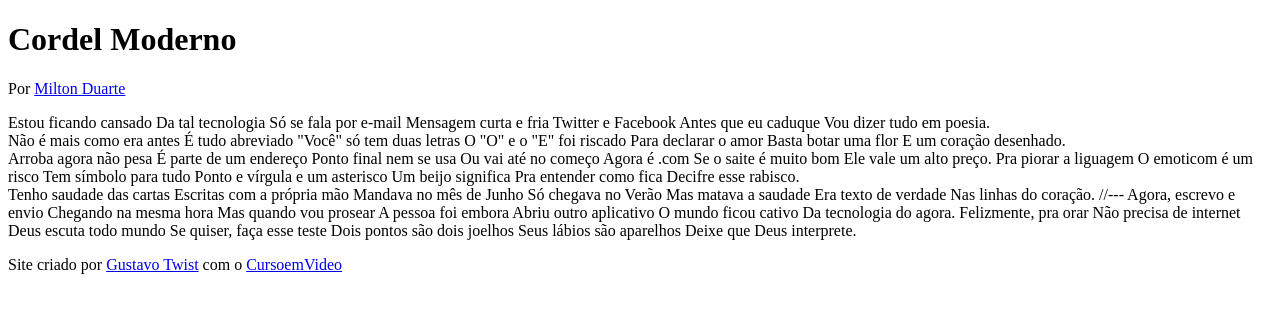
Repository: gustavotwist/projeto-cordel
Page: index.html
These files come from the project's save history. The page is drawn as it stood at one moment and after the next save; the edit follows.
The browser window is 1280 px wide. The pictures show the whole page.

Above is the page before, as saved 2024-04-15 21:32:35.

After the next save:
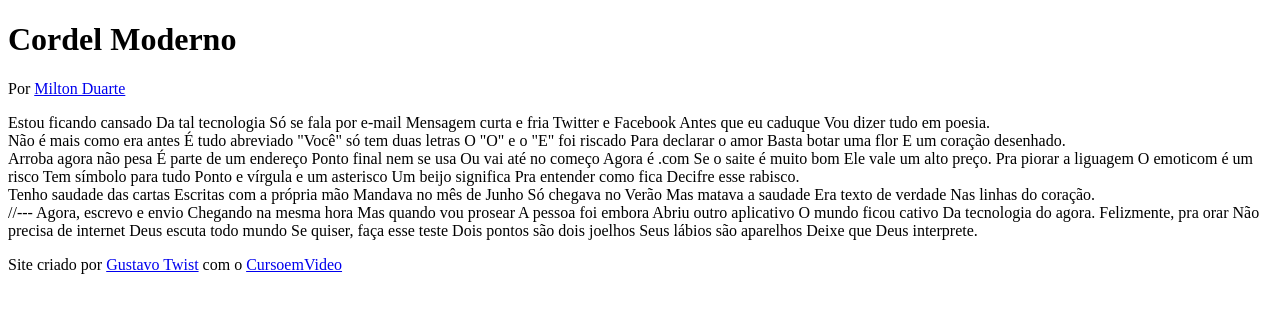
Saved 15 s later.
--- a/index.html
+++ b/index.html
@@ -56,13 +56,15 @@
 
 
 
-    Tenho saudade das cartas
-    Escritas com a própria mão
-    Mandava no mês de Junho
-    Só chegava no Verão
-    Mas matava a saudade
-    Era texto de verdade
-    Nas linhas do coração.
+    <section>
+        Tenho saudade das cartas
+        Escritas com a própria mão
+        Mandava no mês de Junho
+        Só chegava no Verão
+        Mas matava a saudade
+        Era texto de verdade
+        Nas linhas do coração.
+    </section>
 
     //---
 
